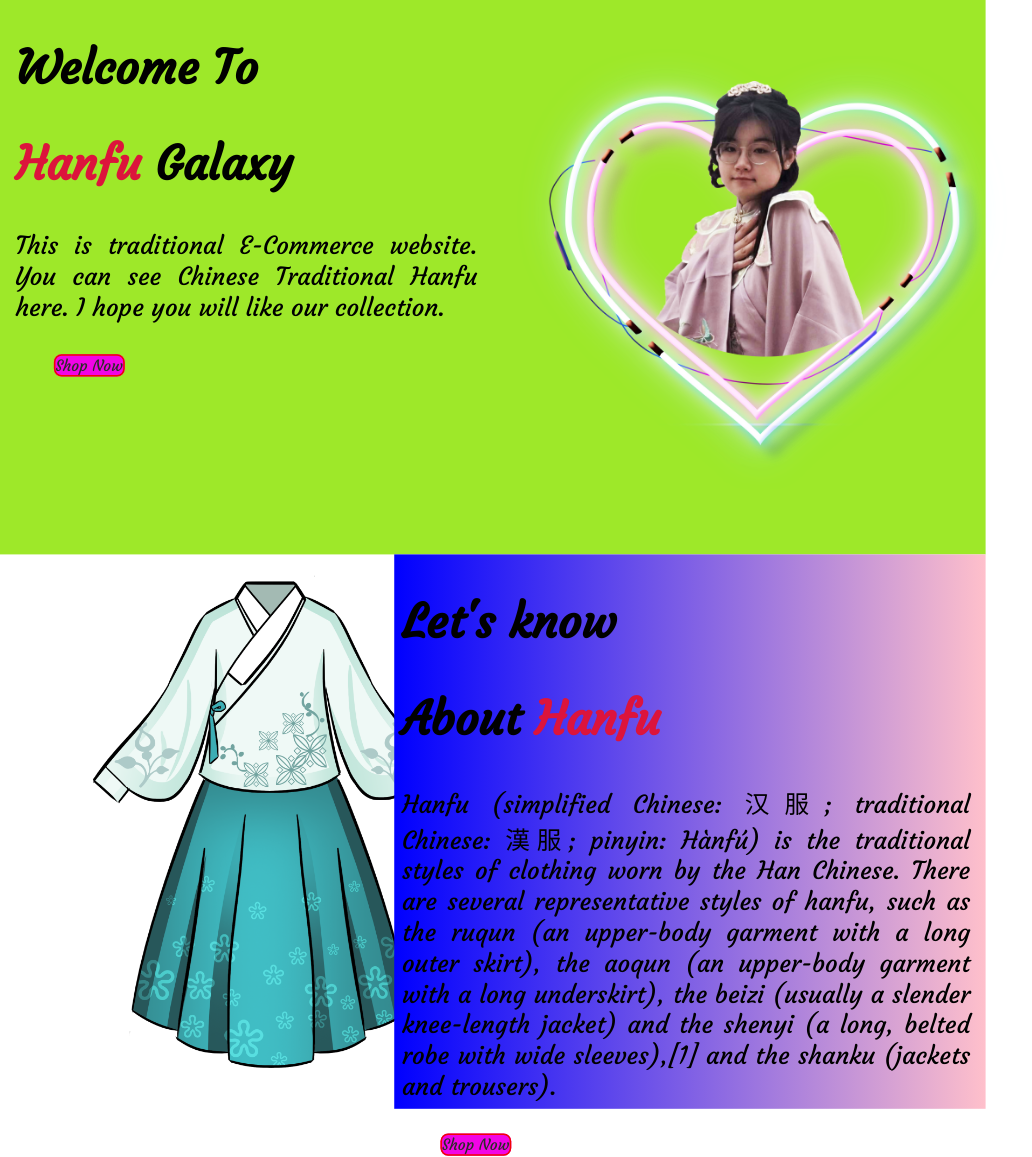
Repository: ramizraaz/E-Commerce
Page: index.html
An editor plug-in stored every save of this project. The page is shown before and after the next save, followed by the edit.
The browser window is 1280 px wide. The page is 1340 px wide, so the pictures cover 1340 px, including what lies to the right of the window. The pictures show the whole page, at 77% of full size.

Above is the page before, as saved 2022-02-06 21:42:21.

After the next save:
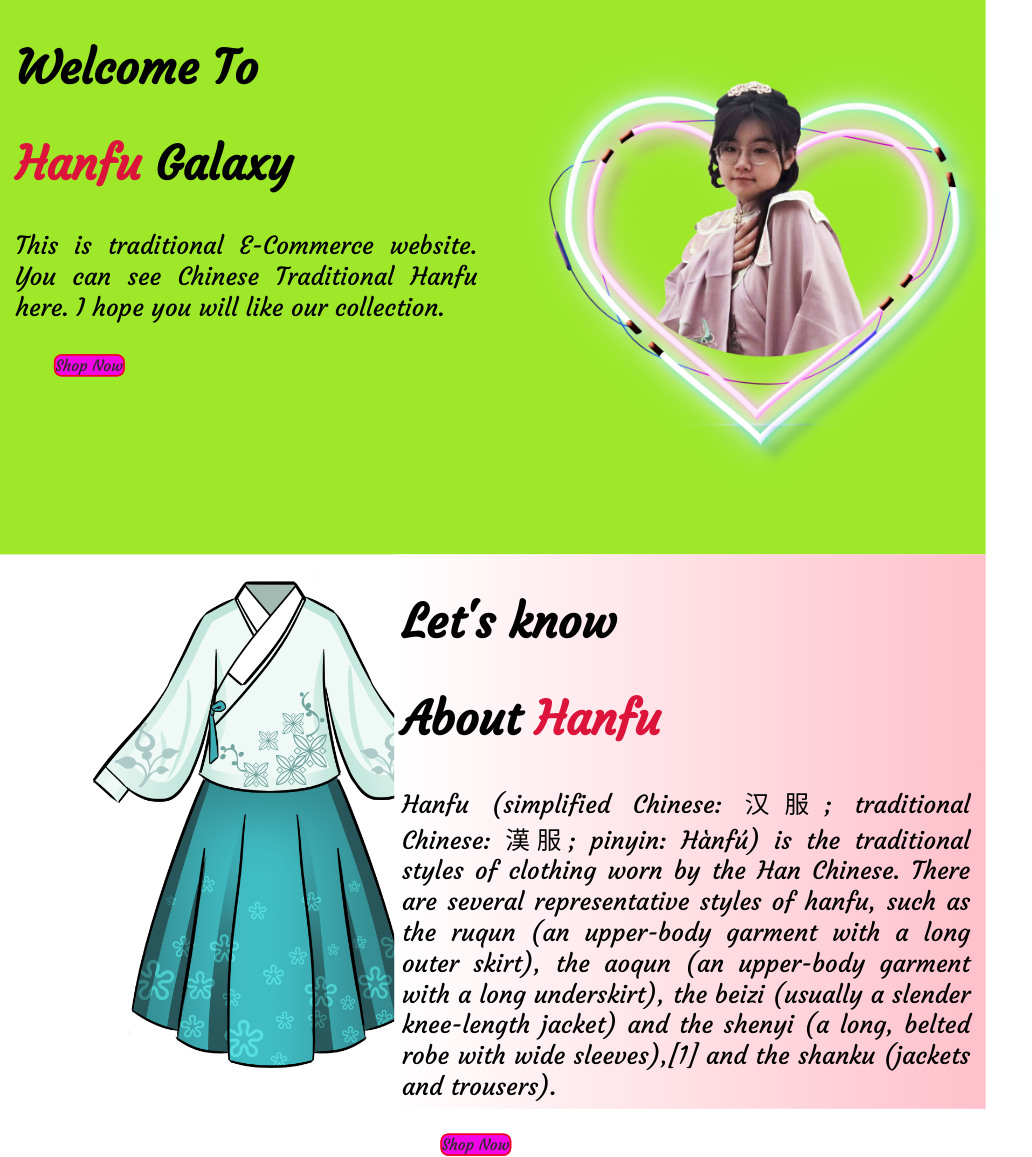
Saved 8 s later.
--- a/main.css
+++ b/main.css
@@ -54,5 +54,5 @@ a {
 .mid-con {
     width: 60%;
     padding: 0px 20px 0px 10px;
-    background: linear-gradient(to right, blue, pink);
+    background: linear-gradient(to right, rgb(255, 255, 255), pink);
 }
